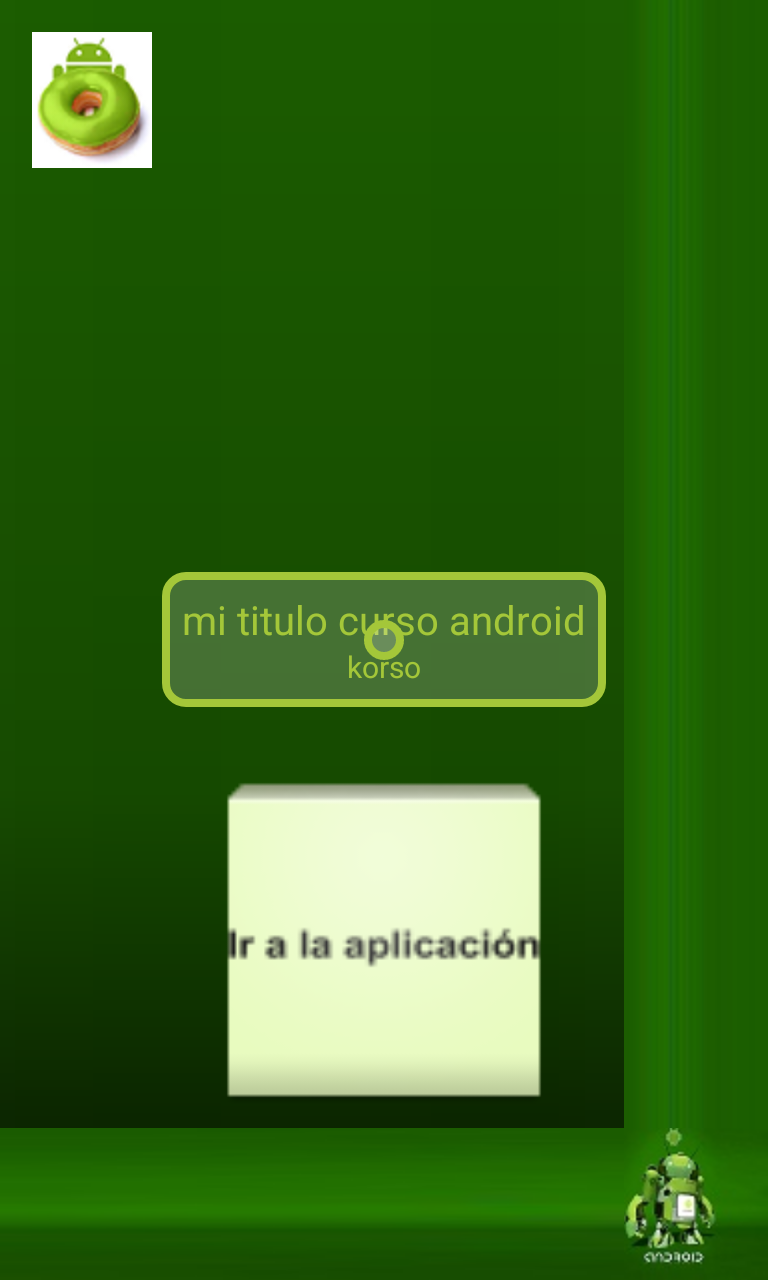
Repository: dimitri001/FDR_TOOL
Layout: RSS Curso Android/res/layout/activity_splash.xml
These files come from the project's save history. The layout is drawn as it stood at one moment and after the next save; the edit follows.
It is drawn on a 768 x 1280 px phone screen (xhdpi) without system bars, with theme AppTheme; the app's code is not run.

Above is the layout before, as saved 2013-05-21 21:47:50.

### RSS Curso Android/res/layout/activity_splash.xml
<RelativeLayout xmlns:android="http://schemas.android.com/apk/res/android"
    xmlns:tools="http://schemas.android.com/tools"
    android:layout_width="match_parent"
    android:layout_height="match_parent"
    android:background="@drawable/background"
    android:paddingBottom="@dimen/activity_vertical_margin"
    android:paddingLeft="@dimen/activity_horizontal_margin"
    android:paddingRight="@dimen/activity_horizontal_margin"
    android:paddingTop="@dimen/activity_vertical_margin"
    tools:context=".SplashActivity" >

    <LinearLayout
        android:id="@+id/linearLayout1"
        android:layout_width="wrap_content"
        android:layout_height="wrap_content"
        android:layout_centerInParent="true"
        android:background="@drawable/panel_green"
        android:gravity="center|center_vertical"
        android:orientation="vertical" >

        <TextView
            android:layout_width="wrap_content"
            android:layout_height="wrap_content"
            android:text="@string/splash_title"
            android:textColor="@color/green"
            android:textSize="@dimen/text_h1" />

        <TextView
            android:layout_width="wrap_content"
            android:layout_height="wrap_content"
            android:text="@string/splash_subtitle"
            android:textColor="@color/green"
            android:textSize="@dimen/text_h2" />
    </LinearLayout>

    <ImageView
        android:id="@+id/imageView2"
        android:layout_width="wrap_content"
        android:layout_height="wrap_content"
        android:layout_alignParentLeft="true"
        android:layout_alignParentTop="true"
        android:contentDescription="@string/splash_unutopia"
        android:src="@drawable/logo_android" />

    <LinearLayout
        android:id="@+id/linearLayout1"
        android:layout_width="wrap_content"
        android:layout_height="wrap_content"
        android:layout_centerInParent="true"
        android:background="@drawable/panel_green"
        android:gravity="center|center_vertical"
        android:orientation="vertical" >
	</LinearLayout>

    <ImageView
        android:id="@+id/imageView1"
        android:layout_width="475dp"
        android:layout_height="178dp"
        android:layout_alignParentLeft="true"
        android:layout_below="@+id/linearLayout1"
        android:layout_marginTop="51dp"
        android:contentDescription="@string/splash_article_list"
        android:src="@drawable/to_list" />

</RelativeLayout>

### RSS Curso Android/res/drawable/background.xml
<?xml version="1.0" encoding="utf-8"?>
<layer-list xmlns:android="http://schemas.android.com/apk/res/android" >

   <!--   <item android:drawable="@drawable/bg_noise" />-->
    <item android:drawable="@drawable/android_robot_peque1"
        android:bottom="0dp"
        android:right="0dp"/>
    <item android:drawable="@drawable/bg_shadow"/>

</layer-list>

### RSS Curso Android/res/drawable/panel_green.xml
<?xml version="1.0" encoding="utf-8"?>
<shape xmlns:android="http://schemas.android.com/apk/res/android"

    android:shape="rectangle">
    <corners  android:radius="10dp"/>
    <stroke
        android:color="@color/green"
        android:width="4dp" />

    <solid android:color="#3fff" />

    <padding
        android:top="10dp"
        android:bottom="10dp"
        android:left="10dp"
        android:right="10dp"/>

</shape>

### RSS Curso Android/res/values/strings.xml
<?xml version="1.0" encoding="utf-8"?>
<resources>

    <string name="app_name">RSS Curso Android</string>
    <string name="action_settings">Settings</string>

    <string name="splash_title">mi titulo curso android</string>
    <string name="splash_subtitle">korso</string>
    <string name="splash_unutopia">unutopia</string>
    <string name="splash_article_list">Ir a la aplicación</string>

    <string name="about_version">version 1.0</string>
    <string name="about_text">
	"Lorem ipsum dolor sit amet, consectetur adipisicing elit, sed do eiusmod tempor incididunt ut labore et dolore magna aliqua. Ut enim ad minim veniam, quis nostrud exercitation ullamco laboris nisi ut aliquip ex ea commodo consequat. Duis aute irure dolor in reprehenderit in voluptate velit esse cillum dolore eu fugiat nulla pariatur. Excepteur sint occaecat cupidatat non proident, sunt in culpa qui officia deserunt mollit anim id est laborum."

Sección 1.10.32 de "de Finibus Bonorum et Malorum", escrito por Cicero en el 45 antes de Cristo

"Sed ut perspiciatis unde omnis iste natus error sit voluptatem accusantium doloremque laudantium, totam rem aperiam, eaque ipsa quae ab illo inventore veritatis et quasi architecto beatae vitae dicta sunt explicabo. Nemo enim ipsam voluptatem quia voluptas sit aspernatur aut odit aut fugit, sed quia consequuntur magni dolores eos qui ratione voluptatem sequi nesciunt. Neque porro quisquam est, qui dolorem ipsum quia dolor sit amet, consectetur, adipisci velit, sed quia non numquam eius modi tempora incidunt ut labore et dolore magnam aliquam quaerat voluptatem. Ut enim ad minima veniam, quis nostrum exercitationem ullam corporis suscipit laboriosam, nisi ut aliquid ex ea commodi consequatur? Quis autem vel eum iure reprehenderit qui in ea voluptate velit esse quam nihil molestiae consequatur, vel illum qui dolorem eum fugiat quo voluptas nulla pariatur?"

Traducción hecha por H. Rackham en 1914

"But I must explain to you how all this mistaken idea of denouncing pleasure and praising pain was born and I will give you a complete account of the system, and expound the actual teachings of the great explorer of the truth, the master-builder of human happiness. No one rejects, dislikes, or avoids pleasure itself, because it is pleasure, but because those who do not know how to pursue pleasure rationally encounter consequences that are extremely painful. Nor again is there anyone who loves or pursues or desires to obtain pain of itself, because it is pain, but because occasionally circumstances occur in which toil and pain can procure him some great pleasure. To take a trivial example, which of us ever undertakes laborious physical exercise, except to obtain some advantage from it? But who has any right to find fault with a man who chooses to enjoy a pleasure that has no annoying consequences, or one who avoids a pain that produces no resultant pleasure?"

Sección 1.10.33 de "de Finibus Bonorum et Malorum", escrito por Cicero en el 45 antes de Cristo
	</string>
    <string name="about_license">Licencia oeoeoeoeoe
    "Lorem ipsum dolor sit amet, consectetur adipisicing elit, sed do eiusmod tempor incididunt ut labore et dolore magna aliqua. Ut enim ad minim veniam, quis nostrud exercitation ullamco laboris nisi ut aliquip ex ea commodo consequat. Duis aute irure dolor in reprehenderit in voluptate velit esse cillum dolore eu fugiat nulla pariatur. Excepteur sint occaecat cupidatat non proident, sunt in culpa qui officia deserunt mollit anim id est laborum."

Sección 1.10.32 de "de Finibus Bonorum et Malorum", escrito por Cicero en el 45 antes de Cristo

"Sed ut perspiciatis unde omnis iste natus error sit voluptatem accusantium doloremque laudantium, totam rem aperiam, eaque ipsa quae ab illo inventore veritatis et quasi architecto beatae vitae dicta sunt explicabo. Nemo enim ipsam voluptatem quia voluptas sit aspernatur aut odit aut fugit, sed quia consequuntur magni dolores eos qui ratione voluptatem sequi nesciunt. Neque porro quisquam est, qui dolorem ipsum quia dolor sit amet, consectetur, adipisci velit, sed quia non numquam eius modi tempora incidunt ut labore et dolore magnam aliquam quaerat voluptatem. Ut enim ad minima veniam, quis nostrum exercitationem ullam corporis suscipit laboriosam, nisi ut aliquid ex ea commodi consequatur? Quis autem vel eum iure reprehenderit qui in ea voluptate velit esse quam nihil molestiae consequatur, vel illum qui dolorem eum fugiat quo voluptas nulla pariatur?"

Traducción hecha por H. Rackham en 1914

"But I must explain to you how all this mistaken idea of denouncing pleasure and praising pain was born and I will give you a complete account of the system, and expound the actual teachings of the great explorer of the truth, the master-builder of human happiness. No one rejects, dislikes, or avoids pleasure itself, because it is pleasure, but because those who do not know how to pursue pleasure rationally encounter consequences that are extremely painful. Nor again is there anyone who loves or pursues or desires to obtain pain of itself, because it is pain, but because occasionally circumstances occur in which toil and pain can procure him some great pleasure. To take a trivial example, which of us ever undertakes laborious physical exercise, except to obtain some advantage from it? But who has any right to find fault with a man who chooses to enjoy a pleasure that has no annoying consequences, or one who avoids a pain that produces no resultant pleasure?"

Sección 1.10.33 de "de Finibus Bonorum et Malorum", escrito por Cicero en el 45 antes de Cristo

    </string>

</resources>

### RSS Curso Android/res/values/colors.xml
<?xml version="1.0" encoding="utf-8"?>
<resources>
    <color name="green">#A4C739</color>

</resources>

### RSS Curso Android/res/values/dimensiones.xml
<?xml version="1.0" encoding="utf-8"?>
<resources>
    <dimen name="text_h1">20dp</dimen>
    <dimen name="text_h2">15dp</dimen>
    <dimen name="text_small">10dp</dimen>
</resources>

### RSS Curso Android/res/drawable/bg_noise.xml
<?xml version="1.0" encoding="utf-8"?>
<bitmap xmlns:android="http://schemas.android.com/apk/res/android"
    android:src="@drawable/background_azul"
    android:gravity="fill"
    android:tileMode="repeat">
</bitmap>

### RSS Curso Android/res/drawable/bg_shadow.xml
<?xml version="1.0" encoding="utf-8"?>
<shape xmlns:android="http://schemas.android.com/apk/res/android"
    android:shape="rectangle">

    <gradient
        android:startColor="@android:color/transparent"
        android:centerColor="#33000000"
        android:endColor="#9000"
        android:centerY="0.7"
        android:angle="270"
        />

</shape>

Loaded but not shown: RSS Curso Android/res/values/styles.xml (common file); RSS Curso Android/res/values-v11/styles.xml (common file); RSS Curso Android/res/values-v14/styles.xml (common file); RSS Curso Android/res/values/dimens.xml (common file)

After the next save:
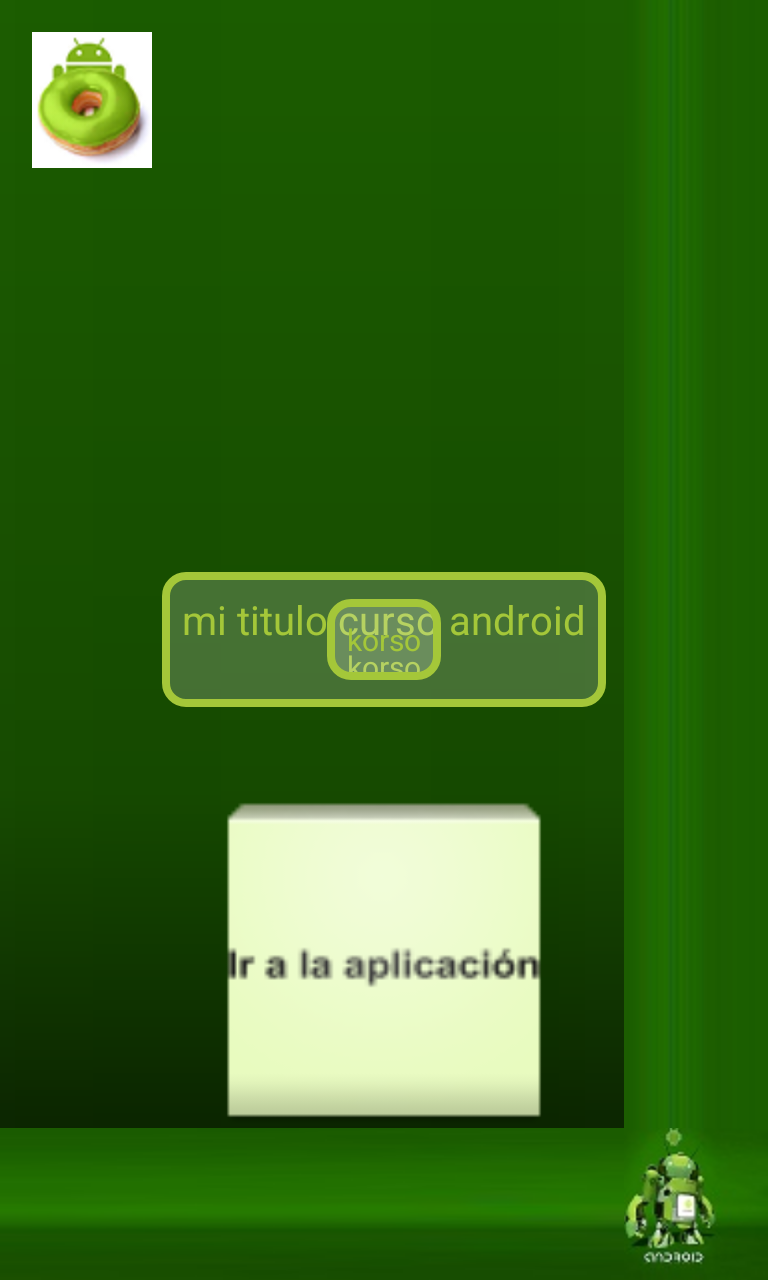
Saved 4 min 4 s later.
--- a/RSS Curso Android/res/layout/activity_splash.xml
+++ b/RSS Curso Android/res/layout/activity_splash.xml
@@ -50,6 +50,12 @@
         android:background="@drawable/panel_green"
         android:gravity="center|center_vertical"
         android:orientation="vertical" >
+        <TextView
+            android:layout_width="wrap_content"
+            android:layout_height="wrap_content"
+            android:text="@string/splash_subtitle"
+            android:textColor="@color/green"
+            android:textSize="@dimen/text_h2" />
 	</LinearLayout>
 
     <ImageView
--- a/RSS Curso Android/res/values/colors.xml
+++ b/RSS Curso Android/res/values/colors.xml
@@ -1,5 +1,7 @@
 <?xml version="1.0" encoding="utf-8"?>
 <resources>
     <color name="green">#A4C739</color>
+    <color name="green_white">#dceab3</color>
+    <color name="gree_black">#404d16</color>
 
 </resources>
